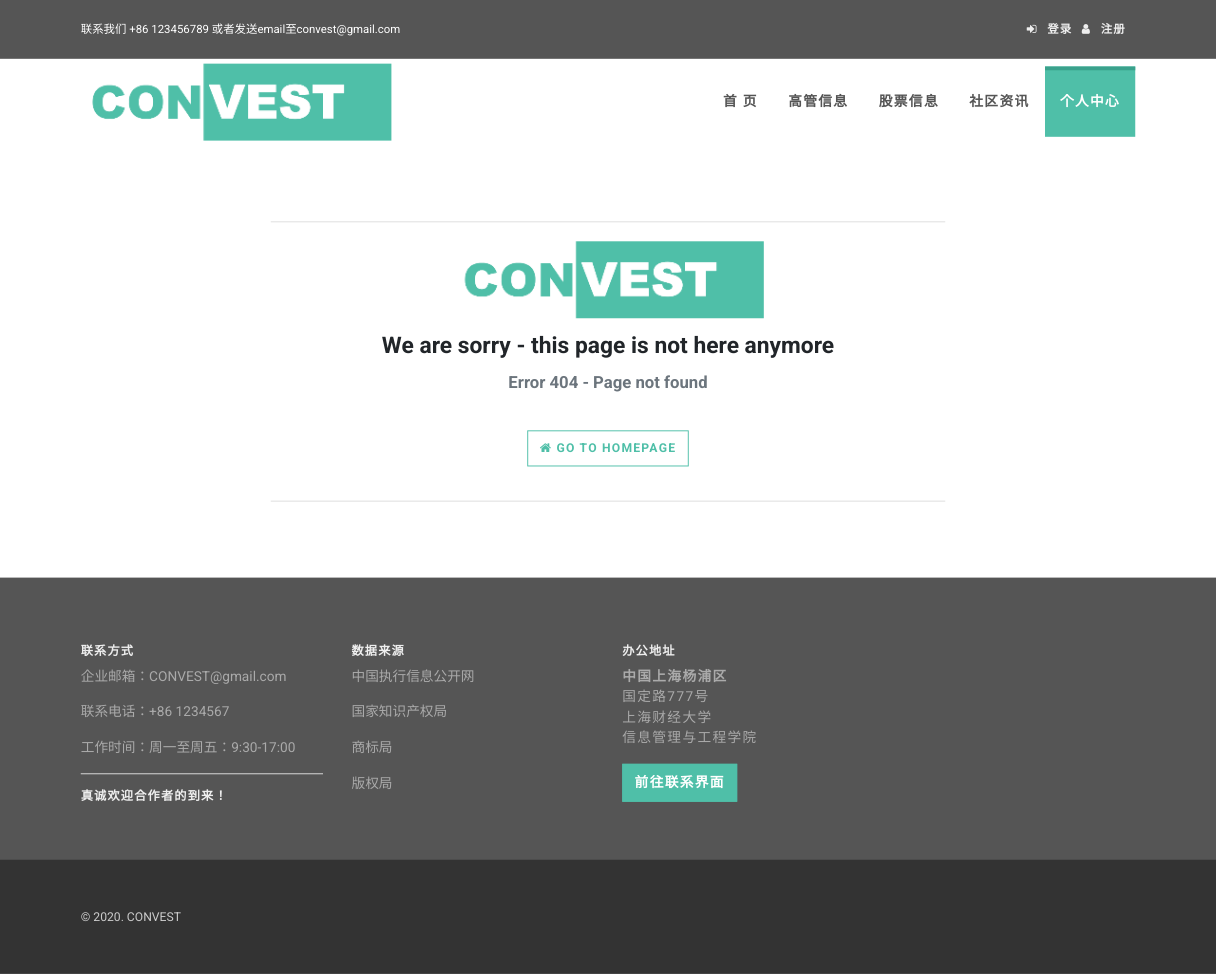
Repository: SUFELYZ/CONVEST
Page: http://localhost/CONVEST/404.jsp
An editor plug-in stored every save of this project. The page is shown before and after the next save, followed by the edit.
The browser window is 1280 px wide. The pictures show the whole page, at 95% of full size.
The page is served by Tomcat 9. Other server files are loaded and not shown.

Above is the page before, as saved 2020-12-24 07:56:55.

### CONVEST 1.0/CONVEST/WebContent/404.jsp
<%@ page language="java" contentType="text/html; charset=UTF-8" pageEncoding="UTF-8"%>
<!DOCTYPE html>
<html>
  <head>
    <meta charset="utf-8">
    <meta http-equiv="X-UA-Compatible" content="IE=edge">
    <title>CONVEST</title>
    <meta name="description" content="">
    <meta name="viewport" content="width=device-width, initial-scale=1">
    <meta name="robots" content="all,follow">
    <!-- Bootstrap CSS-->
    <link rel="stylesheet" href="vendor/bootstrap/css/bootstrap.min.css">
    <!-- Font Awesome CSS-->
    <link rel="stylesheet" href="vendor/font-awesome/css/font-awesome.min.css">
    <!-- Google fonts - Roboto-->
    <link rel="stylesheet" href="https://fonts.googleapis.com/css?family=Roboto:300,400,700">
    <!-- Bootstrap Select-->
    <link rel="stylesheet" href="vendor/bootstrap-select/css/bootstrap-select.min.css">
    <!-- owl carousel-->
    <link rel="stylesheet" href="vendor/owl.carousel/assets/owl.carousel.css">
    <link rel="stylesheet" href="vendor/owl.carousel/assets/owl.theme.default.css">
    <!-- theme stylesheet-->
    <link rel="stylesheet" href="css/style.default.css" id="theme-stylesheet">
    <!-- Custom stylesheet - for your changes-->
    <link rel="stylesheet" href="css/custom.css">
    <!-- Favicon and apple touch icons-->
    <link rel="shortcut icon" href="img/favicon.ico" type="image/x-icon">
    <link rel="apple-touch-icon" href="img/apple-touch-icon.png">
    <link rel="apple-touch-icon" sizes="57x57" href="img/apple-touch-icon-57x57.png">
    <link rel="apple-touch-icon" sizes="72x72" href="img/apple-touch-icon-72x72.png">
    <link rel="apple-touch-icon" sizes="76x76" href="img/apple-touch-icon-76x76.png">
    <link rel="apple-touch-icon" sizes="114x114" href="img/apple-touch-icon-114x114.png">
    <link rel="apple-touch-icon" sizes="120x120" href="img/apple-touch-icon-120x120.png">
    <link rel="apple-touch-icon" sizes="144x144" href="img/apple-touch-icon-144x144.png">
    <link rel="apple-touch-icon" sizes="152x152" href="img/apple-touch-icon-152x152.png">
    <!-- Tweaks for older IEs--><!--[if lt IE 9]>
        <script src="https://oss.maxcdn.com/html5shiv/3.7.3/html5shiv.min.js"></script>
        <script src="https://oss.maxcdn.com/respond/1.4.2/respond.min.js"></script><![endif]-->
  </head>
  <body>
    <div id="all">
      <!-- Top bar-->
      <div class="top-bar">
        <div class="container">
          <div class="row d-flex align-items-center">
            <div class="col-md-6 d-md-block d-none">
              <p>联系我们 +86 123456789 或者发送email至convest@gmail.com</p>
            </div>
            <div class="col-md-6">
              <div class="d-flex justify-content-md-end justify-content-between">
                <ul class="list-inline contact-info d-block d-md-none">
                  <li class="list-inline-item"><a href="#"><i class="fa fa-phone"></i></a></li>
                  <li class="list-inline-item"><a href="#"><i class="fa fa-envelope"></i></a></li>
                </ul>
                <div class="login"><a href="#" data-toggle="modal" data-target="#login-modal" class="login-btn"><i class="fa fa-sign-in"></i><span class="d-none d-md-inline-block">登录</span></a><a href="customer-register.jsp" class="signup-btn"><i class="fa fa-user"></i><span class="d-none d-md-inline-block">注册</span></a></div>

              </div>
            </div>
          </div>
        </div>
      </div>
      <!-- Top bar end-->
      <!-- Login Modal-->
      <div id="login-modal" tabindex="-1" role="dialog" aria-labelledby="login-modalLabel" aria-hidden="true" class="modal fade">
        <div role="document" class="modal-dialog">
          <div class="modal-content">
            <div class="modal-header">
              <h4 id="login-modalLabel" class="modal-title">用户登录</h4>
              <button type="button" data-dismiss="modal" aria-label="Close" class="close"><span aria-hidden="true">×</span></button>
            </div>
            <div class="modal-body">
              <form action="个人中心.jsp" method="get">
                <div class="form-group">
                  <input id="email_modal" type="text" placeholder="email" class="form-control">
                </div>
                <div class="form-group">
                  <input id="password_modal" type="password" placeholder="密码" class="form-control">
                </div>
                <p class="text-center">
                  <button class="btn btn-template-outlined"><i class="fa fa-sign-in"></i> 登录</button>
                </p>
              </form>
              <p class="text-center text-muted">还没注册？</p>
              <p class="text-center text-muted"><a href="customer-register.jsp"><strong>即刻注册</strong></a>! 只需一分钟，体验更多功能！</p>
            </div>
          </div>
        </div>
      </div>
      <!-- Login modal end-->
        <!-- Navbar Start-->
        <header class="nav-holder make-sticky">
          <div id="navbar" role="navigation" class="navbar navbar-expand-lg">
            <div class="container"><a href="首页.jsp" class="navbar-brand home"><img src="img/logo.png" alt="Universal logo" class="d-none d-md-inline-block"><img src="img/logo-small.png" alt="Universal logo" class="d-inline-block d-md-none"><span class="sr-only">Universal - go to homepage</span></a>
              <button type="button" data-toggle="collapse" data-target="#navigation" class="navbar-toggler btn-template-outlined"><span class="sr-only">Toggle navigation</span><i class="fa fa-align-justify"></i></button>
              <div id="navigation" class="navbar-collapse collapse">
                <ul class="nav navbar-nav ml-auto">
                  <li class="nav-item dropdown menu-large"><a href="首页.jsp" >首 页 <b class="caret"></b></a>

                  </li>
                  <li class="nav-item dropdown menu-large"><a href="高管信息.jsp">高管信息 <b class="caret"></b></a>

                  </li>
                  <li class="nav-item dropdown menu-large"><a href="股票信息.jsp" >股票信息<b class="caret"></b></a>

                  </li>
                  <li class="nav-item dropdown menu-large"><a href="社区资讯.jsp" >社区资讯 <b class="caret"></b></a>

                  </li>

                  <li class="nav-item dropdown active"><a href="个人中心.jsp" >个人中心 <b class="caret"></b></a>

                  </li>
                  <!-- ========== Contact dropdown end ==================-->
              </ul>
            </div>
            <div id="search" class="collapse clearfix">
              <form role="search" class="navbar-form">
                <div class="input-group">
                  <input type="text" placeholder="Search" class="form-control"><span class="input-group-btn">
                    <button type="submit" class="btn btn-template-main"><i class="fa fa-search"></i></button></span>
                </div>
              </form>
            </div>
          </div>
        </div>
      </header>
      <!-- Navbar End-->

       <div id="content">
        <div class="container">
          <div id="error-page" class="col-md-8 mx-auto text-center">
            <div class="box">
              <p class="text-center"><a href="首页.jsp"><img src="img/logo.png" alt="Obaju template"></a></p>
              <h3>We are sorry - this page is not here anymore</h3>
              <h4 class="text-muted">Error 404 - Page not found</h4>
              <p class="buttons"><a href="首页.jsp" class="btn btn-template-outlined"><i class="fa fa-home"></i> Go to Homepage</a></p>
            </div>
          </div>
        </div>
      </div>

      <!-- FOOTER -->
      <footer class="main-footer">
        <div class="container">
          <div class="row">
            <div class="col-lg-3">
              <h4 class="h6">联系方式</h4>
              <p>企业邮箱：<a href="mailto:CONVEST@gmail.com" rel="nofollow">CONVEST@gmail.com</a></p>
              <p>联系电话：+86 1234567</p>
              <p>工作时间：周一至周五：9:30-17:00</p>
              <hr>
              <h4 class="h6">真诚欢迎合作者的到来！</h4>

              <hr class="d-block d-lg-none">
            </div>
            <div class="col-lg-3">
              <h4 class="h6">数据来源</h4>
              <p><a href="http://zxgk.court.gov.cn/" target="_blank" rel="nofollow">中国执行信息公开网</a></p>
              <p><a href="http://www.sipo.gov.cn/" target="_blank" rel="nofollow">国家知识产权局</a></p>
              <p><a href="http://sbj.cnipa.gov.cn/" target="_blank" rel="nofollow">商标局</a></p>
              <p><a href="http://www.ncac.gov.cn/" target="_blank" rel="nofollow">版权局</a></p>

            </div>

            <div class="col-lg-3">
              <h4 class="h6">办公地址</h4>
              <p class="text-uppercase"><strong>中国上海杨浦区</strong><br>国定路777号 <br>上海财经大学<br>信息管理与工程学院<br><strong></strong></p><a href="contact.jsp" class="btn btn-template-main">前往联系界面</a>
              <hr class="d-block d-lg-none">
            </div>

          </div>
        </div>
        <div class="copyrights">
          <div class="container">
            <div class="row">
              <div class="col-lg-4 text-center-md">
                <p>&copy; 2020. CONVEST</p>
              </div>

            </div>
          </div>
        </div>
      </footer>
    </div>
    <!-- Javascript files-->
    <script src="vendor/jquery/jquery.min.js"></script>
    <script src="vendor/popper.js/umd/popper.min.js"> </script>
    <script src="vendor/bootstrap/js/bootstrap.min.js"></script>
    <script src="vendor/jquery.cookie/jquery.cookie.js"> </script>
    <script src="vendor/waypoints/lib/jquery.waypoints.min.js"> </script>
    <script src="vendor/jquery.counterup/jquery.counterup.min.js"> </script>
    <script src="vendor/owl.carousel/owl.carousel.min.js"></script>
    <script src="vendor/owl.carousel2.thumbs/owl.carousel2.thumbs.min.js"></script>
    <script src="js/jquery.parallax-1.1.3.js"></script>
    <script src="vendor/bootstrap-select/js/bootstrap-select.min.js"></script>
    <script src="vendor/jquery.scrollto/jquery.scrollTo.min.js"></script>
    <script src="js/front.js"></script>
  </body>
</html>

Loaded but not shown: CONVEST 1.0/CONVEST/WebContent/css/custom.css (common file); CONVEST 1.0/CONVEST/WebContent/js/jquery.parallax-1.1.3.js (common file); CONVEST 1.0/CONVEST/WebContent/js/front.js (295 lines, source omitted); CONVEST 1.0/CONVEST/WebContent/css/style.default.css (3694 lines, source omitted)

After the next save:
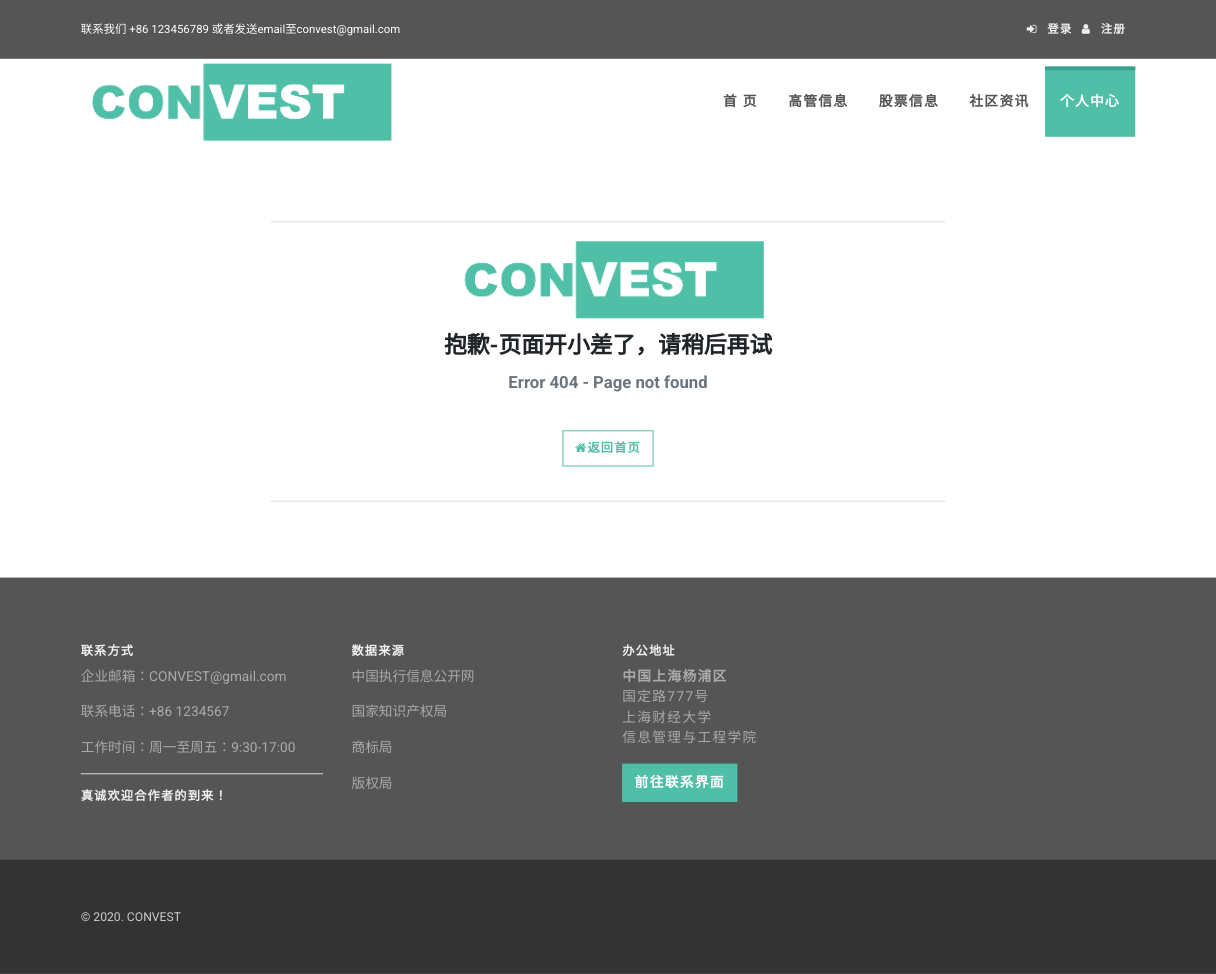
Saved 68 s later.
--- a/CONVEST 1.0/CONVEST/WebContent/404.jsp
+++ b/CONVEST 1.0/CONVEST/WebContent/404.jsp
@@ -131,9 +131,9 @@
           <div id="error-page" class="col-md-8 mx-auto text-center">
             <div class="box">
               <p class="text-center"><a href="首页.jsp"><img src="img/logo.png" alt="Obaju template"></a></p>
-              <h3>We are sorry - this page is not here anymore</h3>
+              <h3>抱歉-页面开小差了，请稍后再试</h3>
               <h4 class="text-muted">Error 404 - Page not found</h4>
-              <p class="buttons"><a href="首页.jsp" class="btn btn-template-outlined"><i class="fa fa-home"></i> Go to Homepage</a></p>
+              <p class="buttons"><a href="首页.jsp" class="btn btn-template-outlined"><i class="fa fa-home"></i>返回首页</a></p>
             </div>
           </div>
         </div>
